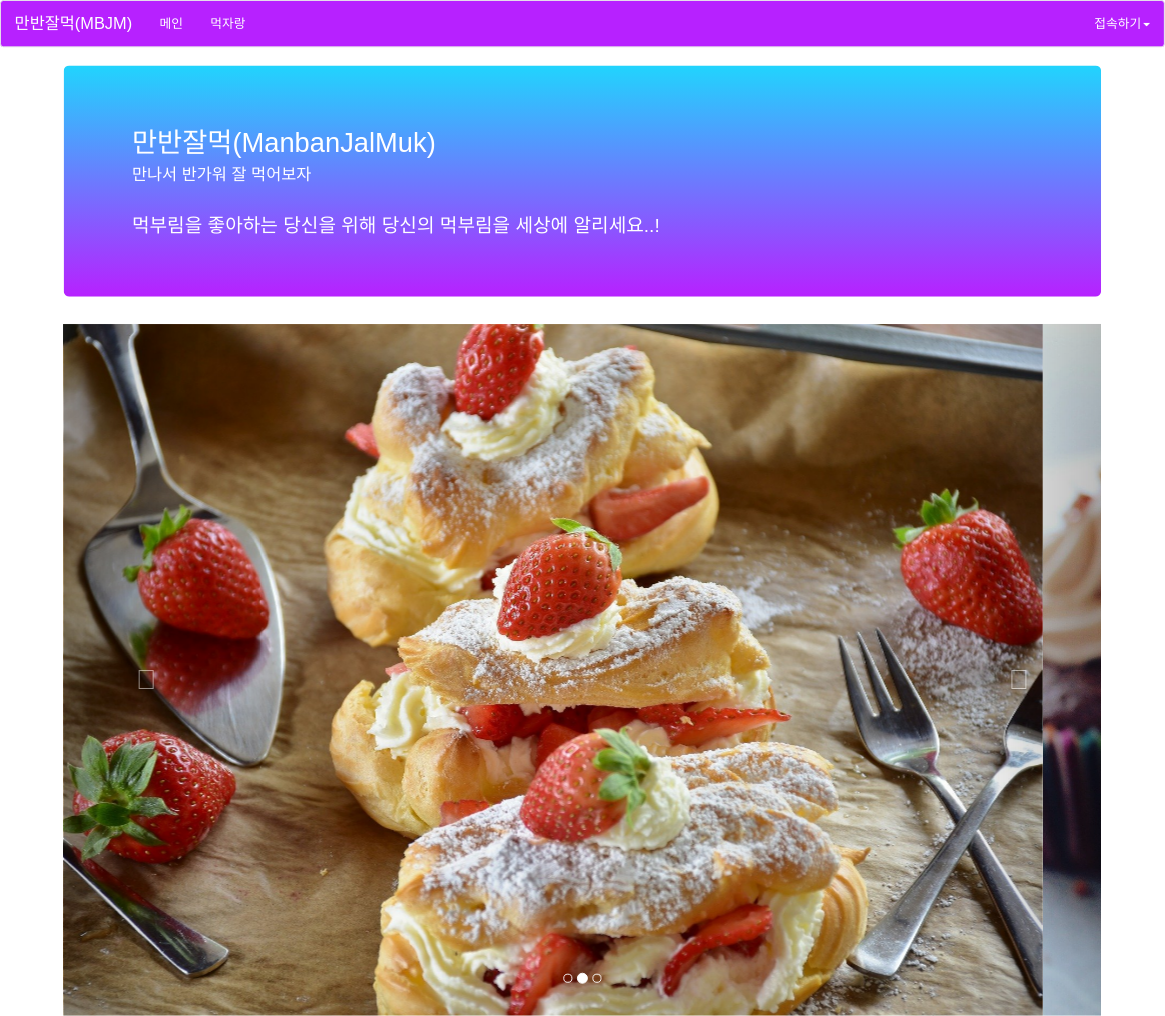
Repository: gimyoni/ManBanJalMuk
Page: http://localhost/text/main.jsp
The author's editor kept a copy of each file at every save. The page is drawn from the files as they stood at one save, then again after a run of saves.
The browser window is 1280 px wide. The pictures show the whole page, at 91% of full size.
Some web fonts or font styles are not loaded; a fallback is used. Some web libraries are served in a nearby version. The page is served by Tomcat 9. Other server files are loaded and not shown.

Above is the page before, as saved 2021-05-07 03:03:54.

### text/WebContent/main.jsp
<%@ page language="java" contentType="text/html; charset=UTF-8"
	pageEncoding="UTF-8"%>
<!DOCTYPE html>
<html>
<head>
<meta charset="UTF-8">
<meta name="viewport" content="width=device-width" initial-scale="1" />
<link rel="stylesheet" href="css/bootstrap.css">
<link rel="stylesheet" href="css/custom.css">
<title>만반잘먹</title>
</head>
<body>
	<%
		String userID = null;
		// 로그인이 되어있으면 세션에 값이 있을 것이다.
		if (session.getAttribute("userID") != null) {
			userID = (String) session.getAttribute("userID");
		}
	%>
	<nav class="navbar navbar-default">
		<div class="navbar-header">
			<button type="button" class="navbar-toggle collapsed"
				data-toggle="collapse" data-target="#bs-example-navbar-collapse-1"
				aria-expanded="false">
				<span class="icon-bar"></span> <span class="icon-bar"></span> <span
					class="icon-bar"></span>
			</button>
			<a href="main.jsp" class="navbar-brand">만반잘먹(MBJM)</a>
		</div>
		<div class="collapse navbar-collapse"
			id="bs-example-navbar-collapse-1">
			<ul class="nav navbar-nav">
				<li><a href="main.jsp">메인</a></li>
				<li><a href="bbs.jsp">먹자랑</a></li>
			</ul>
			<%
				if (userID == null) {
			%>
			<ul class="nav navbar-nav navbar-right">
				<li class="dropdown"><a href="#" class="dropdown-toggle"
					data-toggle="dropdown" role="button" aria-haspopup="true"
					aria-expanded="false">접속하기<span class="caret"></span></a>
					<ul class="dropdown-menu">
						<li><a href="login.jsp">로그인</a></li>
						<li><a href="join.jsp">회원가입</a></li>
					</ul></li>
			</ul>
			<%
				} else {
			%>
			<ul class="nav navbar-nav navbar-right">
				<li class="dropdown"><a href="#" class="dropdown-toggle"
					data-toggle="dropdown" role="button" aria-haspopup="true"
					aria-expanded="false">회원관리<span class="caret"></span></a>
					<ul class="dropdown-menu">
						<li><a href="logoutAction.jsp">로그아웃</a></li>
					</ul></li>
			</ul>
			<%
				}
			%>
		</div>
	</nav>

	<div class="container">
		<div class="jumbotron">
			<div class="container">
				<h2>만반잘먹(ManbanJalMuk)</h2>
				<h4>만나서 반가워 잘 먹어보자</h4>
				<br>
				<p>먹부림을 좋아하는 당신을 위해 당신의 먹부림을 세상에 알리세요..!</p>
			</div>
		</div>
	</div>

	<div class="container">
		<div id="myCarousel" class="carousel slide" data-ride="carousel">
			<ol class="carousel-indicators">
				<li data-target="#myCarousel" data-slide-to="0" class="active"></li>
				<li data-target="#myCarousel" data-slide-to="1"></li>
				<li data-target="#myCarousel" data-slide-to="2"></li>
			</ol>
			<div class="carousel-inner">
				<div class="item active">
					<img src="images/berrycake.jpg">
				</div>
				<div class="item">
					<img src="images/cupcake.jpg">
				</div>
				<div class="item">
					<img src="images/macarons.jpg">
				</div>
			</div>
			<a href="#myCarousel" class="left carousel-control" data-slide="prev">
				<span class="glyphicon-chevron-left"></span>
			</a>
			<a href="#myCarousel" class="right carousel-control" data-slide="next">
				<span class="glyphicon-chevron-right"></span>
			</a>
		</div>
	</div>


	<script src="https://code.jquery.com/jquery-3.1.1.min.js"></script>
	<script src="js/bootstrap.js"></script>
</body>
</html>

### text/WebContent/css/custom.css
@import url('https://fonts.googleapis.com/css2?family=Nanum+Gothic&display=swap');
@import url(//fonts.googleapis.com/earlyaccess/hanna.css);

*{
	font-family : 'Nanum Gothic', sans-serif;
}
h1{
	font-family : 'Hanna', sans-serif;
}
.jumbotron{
	color:white;
	background-image: linear-gradient(to top, #b721ff 0%, #21d4fd 100%);
}
.navbar-default{
	background-color:#b721ff;
}
.navbar .nav > li > a {
	color:white;
}
.navbar .navbar-right{
	color:white;
}
.navbar .navbar-header .navbar-brand{
	color:white;
}

Loaded but not shown: text/WebContent/css/bootstrap.css (library); text/WebContent/js/bootstrap.js (library)

After the next 2 saves:
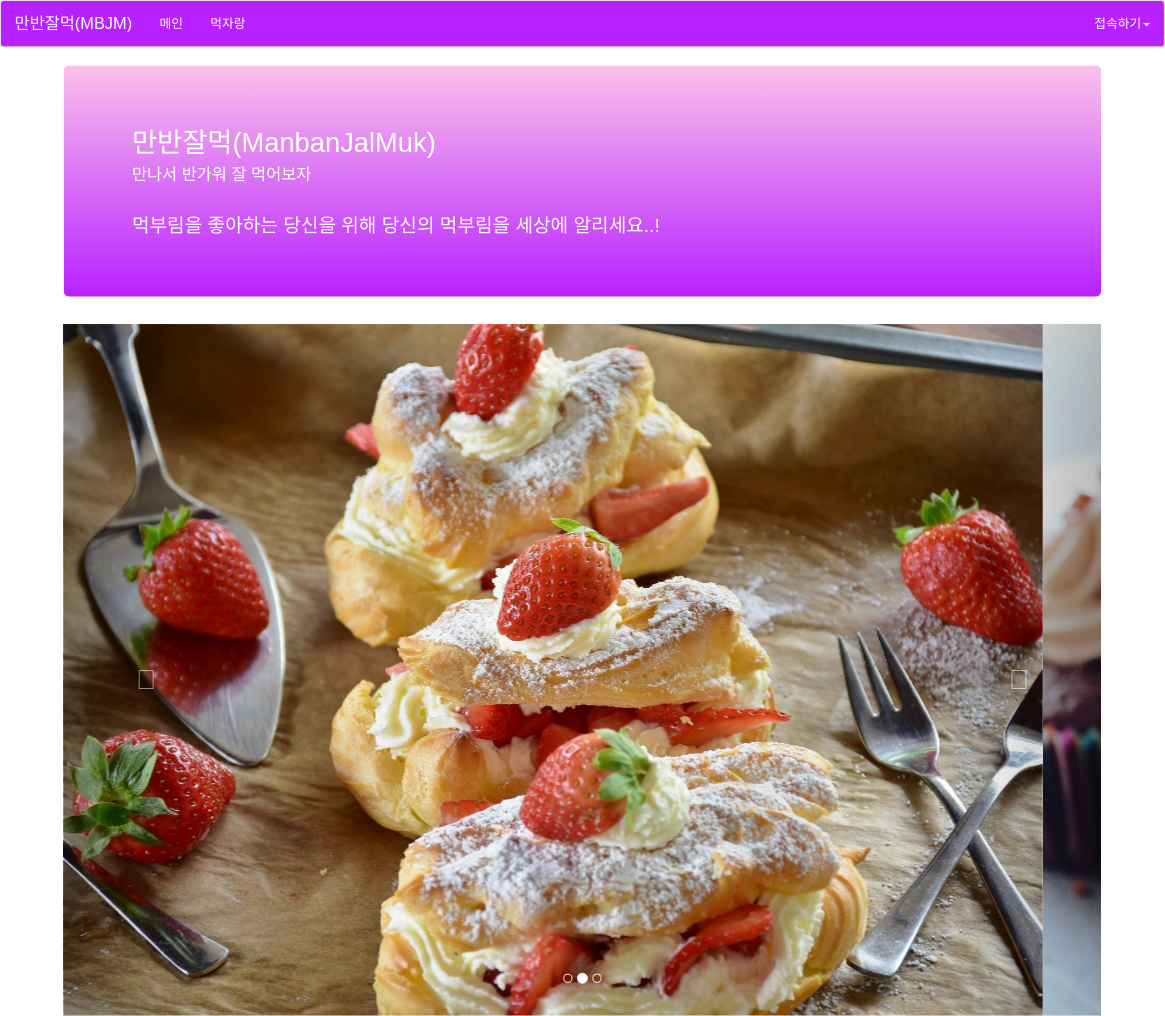
The 2 saves are shown as one change because they came seconds apart.
The last was saved 40 s later.
--- a/text/WebContent/css/custom.css
+++ b/text/WebContent/css/custom.css
@@ -9,7 +9,7 @@ h1{
 }
 .jumbotron{
 	color:white;
-	background-image: linear-gradient(to top, #b721ff 0%, #21d4fd 100%);
+	background-image: linear-gradient(to top, #b721ff 0%, #fbc2eb 100%);
 }
 .navbar-default{
 	background-color:#b721ff;
